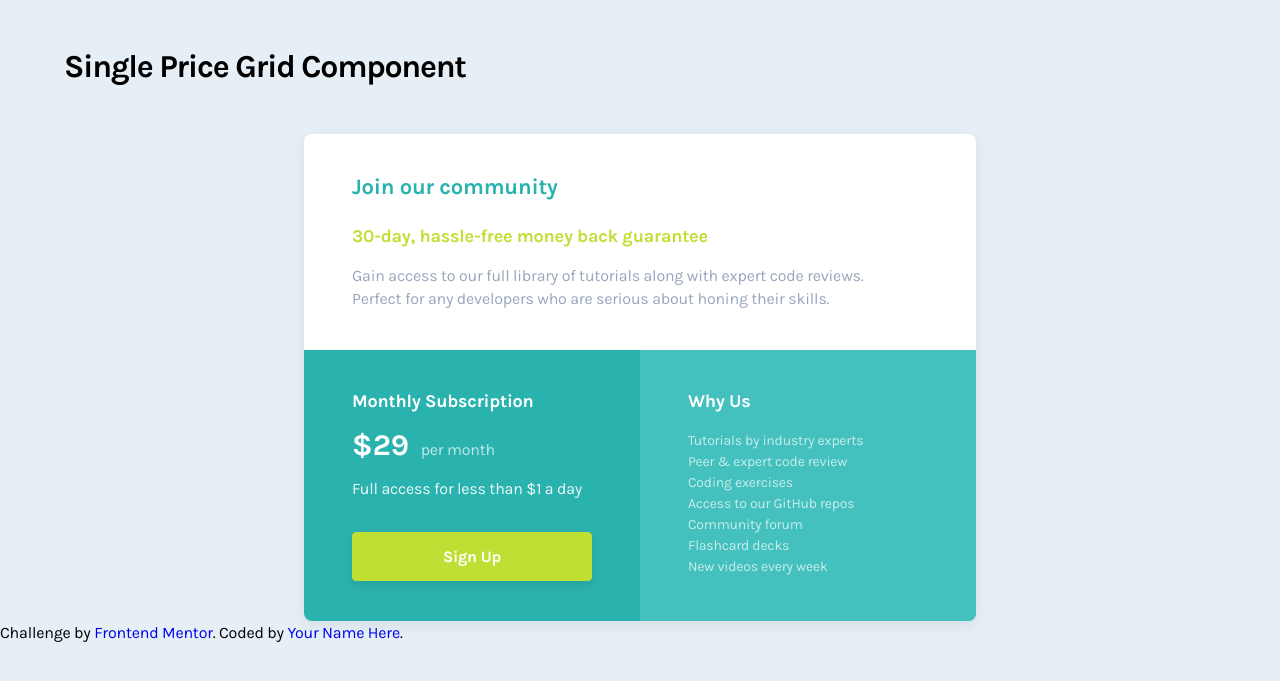
Repository: bangjuyoung/bangjuyoung
Page: practice/frontend-mentor/single-price-grid-component/index.html
These files come from the project's save history. The page is drawn as it stood at one moment and after a run of saves; the edit follows.
The browser window is 1280 px wide. The pictures show the whole page.

Above is the page before, as saved 2019-06-16 16:09:05.

After the next 4 saves:
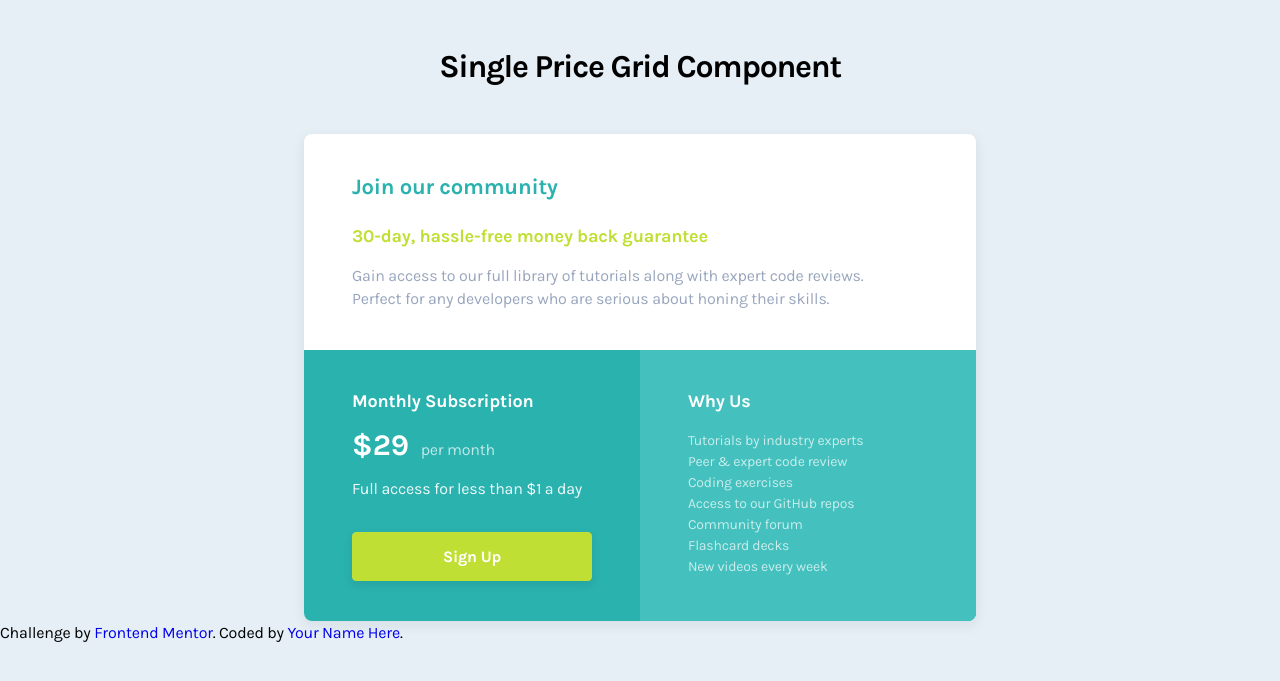
The 4 saves are shown as one change because they came seconds apart.
The last was saved 27 s later.
--- a/practice/frontend-mentor/single-price-grid-component/index.html
+++ b/practice/frontend-mentor/single-price-grid-component/index.html
@@ -12,11 +12,9 @@
 </head>
 
 <body class="bg-gray--pale">
-  <main role="main" class="">
-
-
+  <main role="main">
     <article class="card">
-      <div class="card-header">
+      <div class="text-center card-header">
         <h1 class="card-title">Single Price Grid Component</h1>
       </div>
       <div class="bg-white single-price">
@@ -57,7 +55,6 @@
     </article>
   </main>
 
-
   <footer role="contentinfo">
     <p class="attribution">
       Challenge by <a href="https://www.frontendmentor.io?ref=challenge" target="_blank" rel="noopener">Frontend
